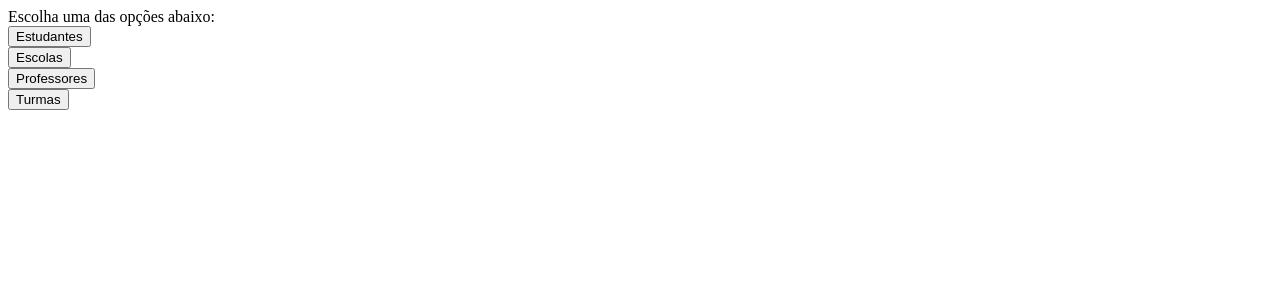
Repository: ipti/br.tag.webservice
Page: http://localhost/Restful-API-TAG/
The author's editor kept a copy of each file at every save. The page is drawn from the files as they stood at one save, then again after the next save.
The browser window is 1280 px wide. The pictures show the whole page.
The page is served by Tomcat 9. Other server files are loaded and not shown.

Above is the page before, as saved 2016-04-27 12:52:20.

### Restful-API-TAG/WebContent/index.jsp
<%@ page language="java" contentType="text/html; charset=ISO-8859-1"
	pageEncoding="ISO-8859-1"%>
<!DOCTYPE html PUBLIC "-//W3C//DTD HTML 4.01 Transitional//EN" "http://www.w3.org/TR/html4/loose.dtd">
<html>
<head>
<meta http-equiv="Content-Type" content="text/html; charset=ISO-8859-1">
<title>API TAG</title>
</head>
<body>

	<div id="mainDiv">
		Escolha uma das opções abaixo:

		<div>
			<input type="submit" id="students" value="Estudantes" />
		</div>
		<div>
			<input type="submit" id="students" value="Escolas" />
		</div>
		<div>
			<input type="submit" id="students" value="Professores" />
		</div>
		<div>
			<input type="submit" id="students" value="Turmas" />
		</div>
	</div>



</body>
</html>

After the next save:
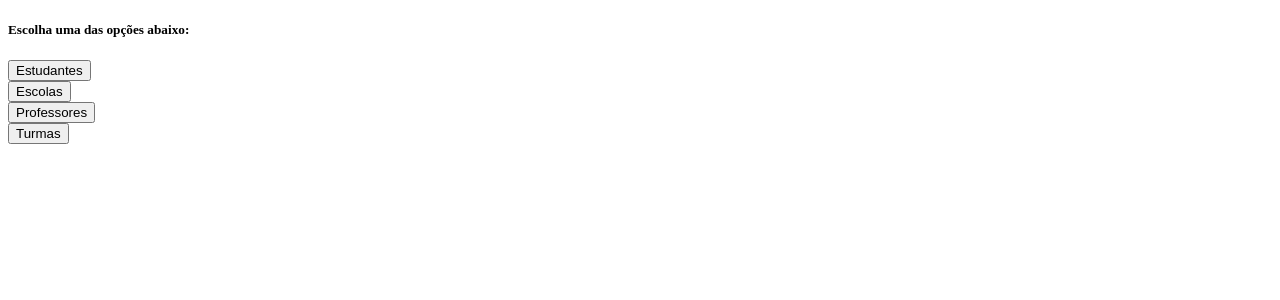
Saved 60 s later.
--- a/Restful-API-TAG/WebContent/index.jsp
+++ b/Restful-API-TAG/WebContent/index.jsp
@@ -8,10 +8,10 @@
 </head>
 <body>
 
-	<div id="mainDiv">
-		Escolha uma das opções abaixo:
+	<div>
+		<h5>Escolha uma das opções abaixo:</h5>
 
-		<div>
+		<div >
 			<input type="submit" id="students" value="Estudantes" />
 		</div>
 		<div>
